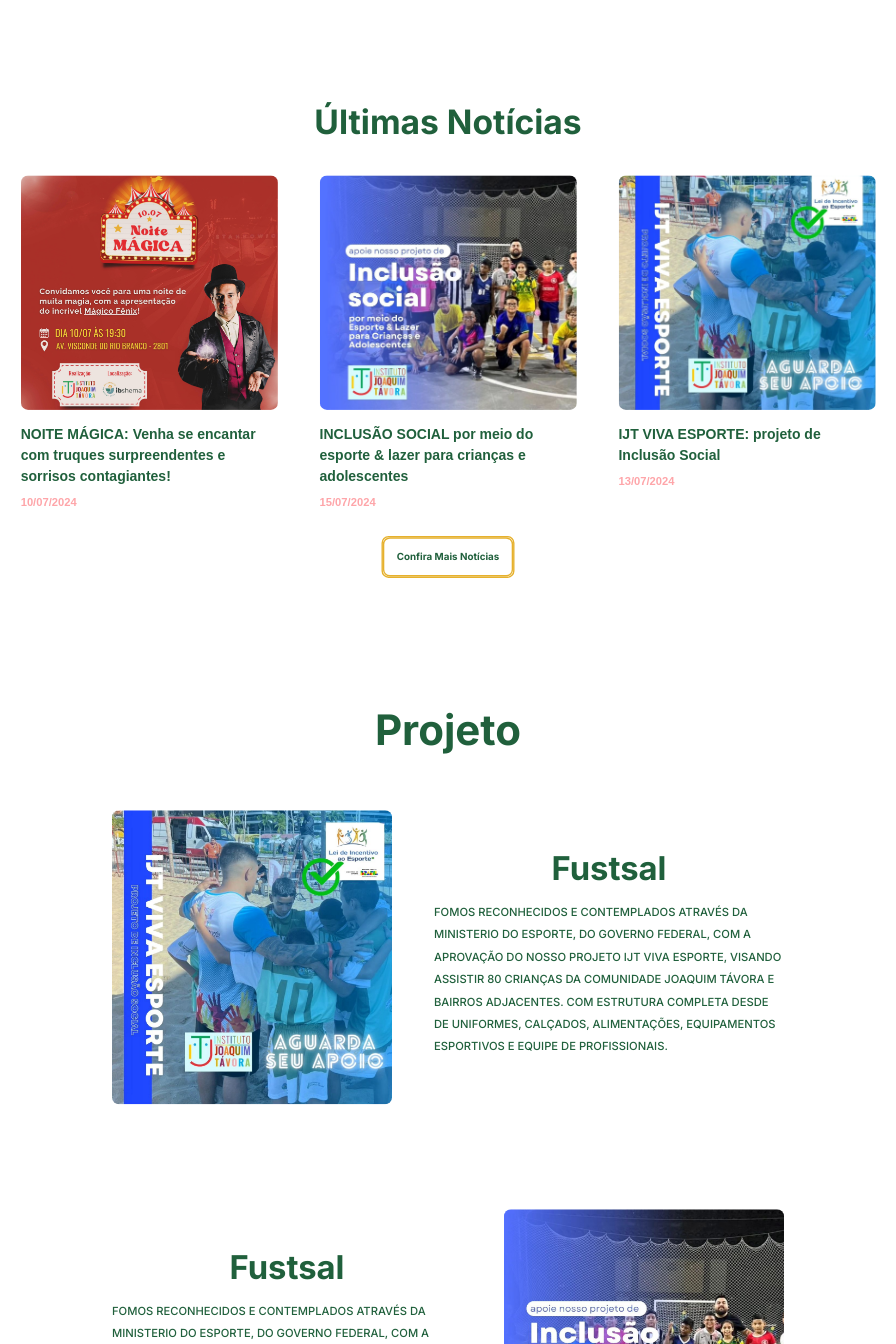
Repository: MarcelloMello90/itj2
Page: index.html
These files come from the project's save history. The page is drawn as it stood at one moment and after the next save; the edit follows.
The browser window is 1280 px wide. The pictures show the part of the page from y = 802 to 2722 px (the page is 5587 px tall before and 5667 px after), at 70% of full size.

Above is the page before, as saved 2024-07-21 20:36:09.

After the next save:
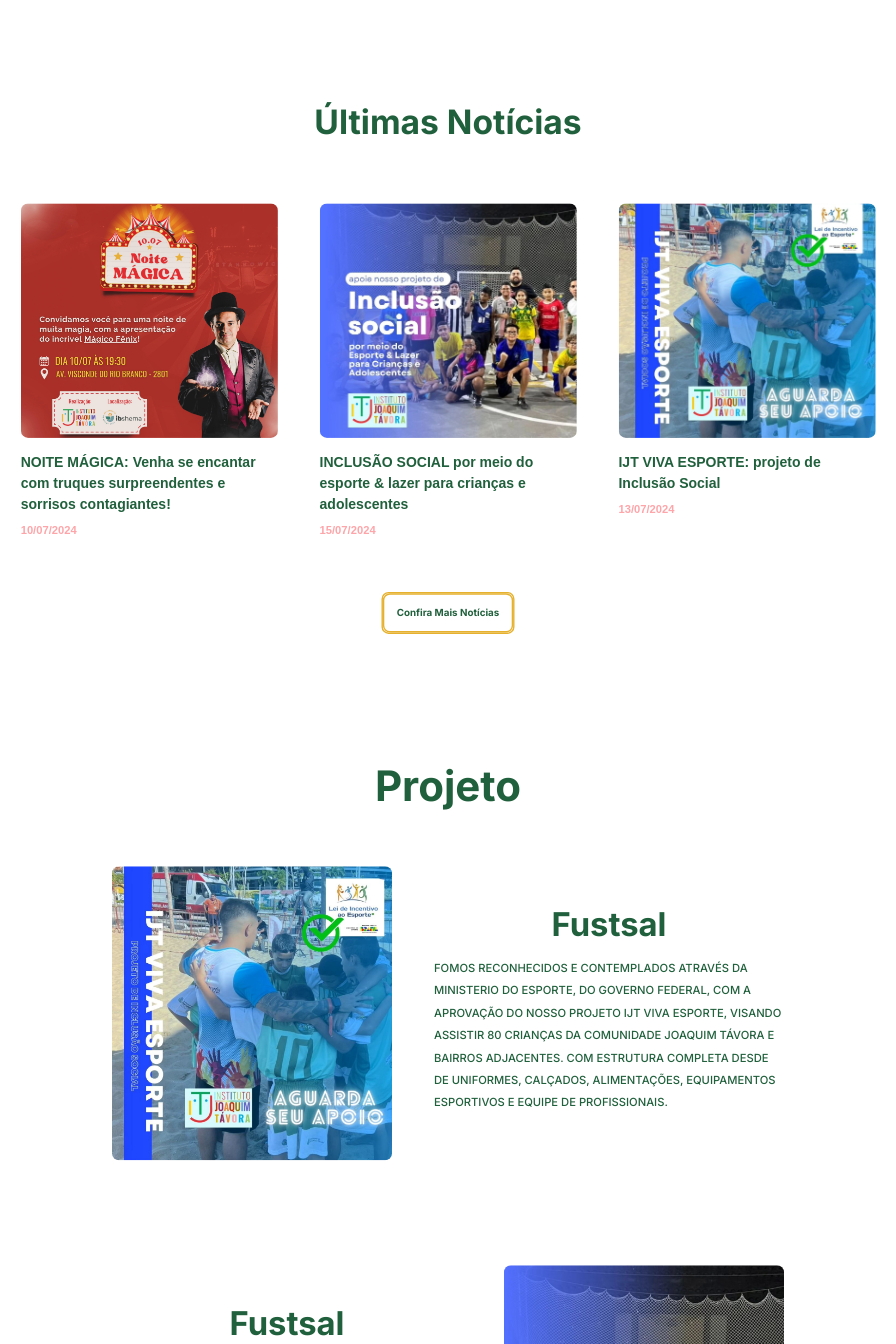
Saved 10 s later.
--- a/style.css
+++ b/style.css
@@ -212,7 +212,7 @@
   flex-direction: column;
   justify-content: center;
   align-items: center;
-  gap: 60px;
+  gap: 100px;
 
   color: var(--bg01);
   font-size: 32px;
